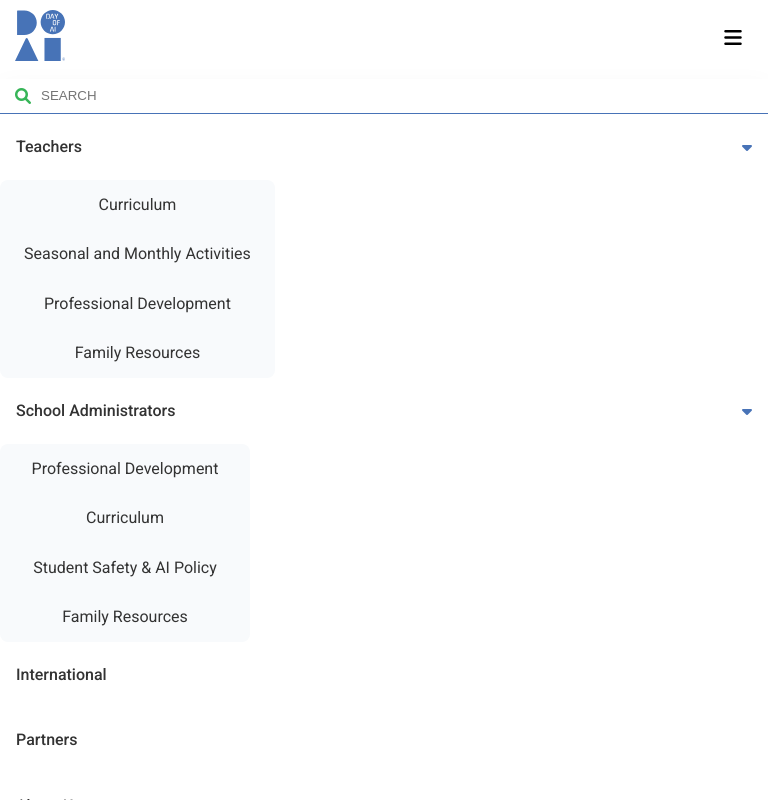
Repository: dinhtri123/dayofai
Page: index.html
The author's editor kept a copy of each file at every save. The page is drawn from the files as they stood at one save, then again after the next save.
The browser window is 768 px wide. The pictures show the window.
A layer covers the whole window, so only the first screen is drawn. Some web fonts or font styles are not loaded; a fallback is used.

Above is the page before, as saved 2025-06-28 17:00:32.

After the next save:
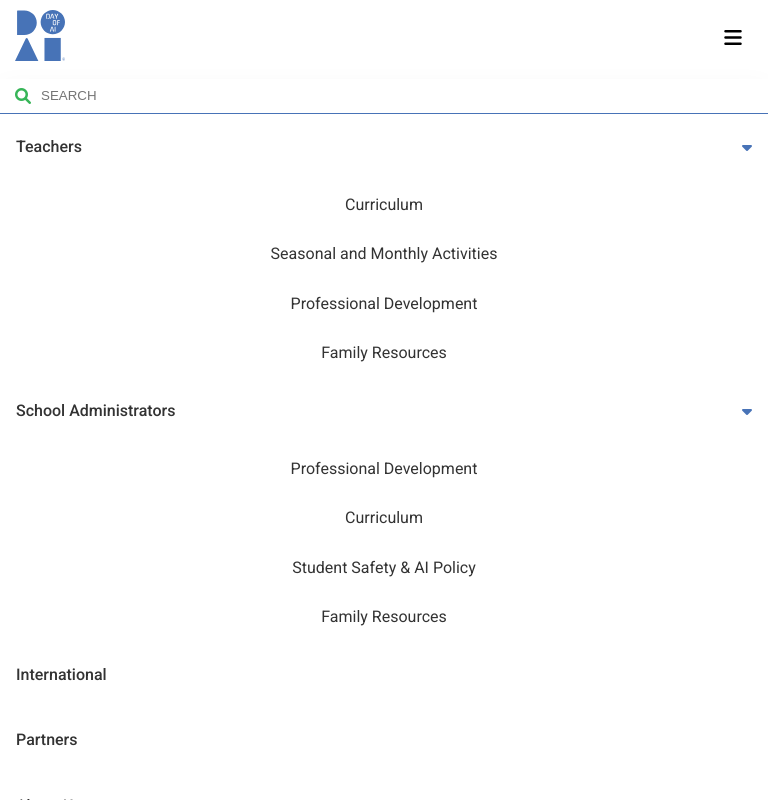
Saved 5 s later.
--- a/styles.css
+++ b/styles.css
@@ -534,7 +534,8 @@
     visibility: visible;
     transform: none;
     box-shadow: none;
-    background: #f8fafc;
+    width: 100%;
+
   }
 
   .hamburger {
